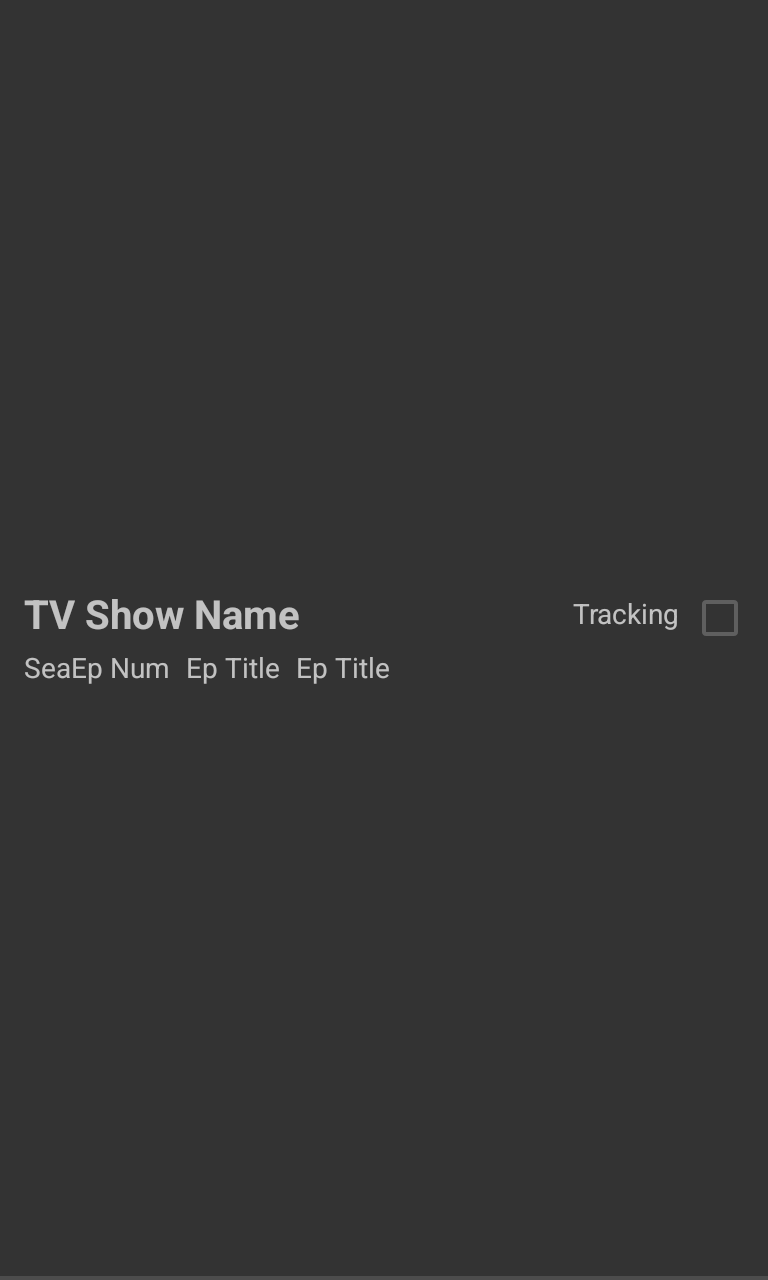
Repository: Jeedan/learning-android-apps
Layout: TvShowTracker/res/layout/list_item_tvshow.xml
These files come from the project's save history. The layout is drawn as it stood at one moment and after a run of saves; the edit follows.
It is drawn on a 768 x 1280 px phone screen (xhdpi) without system bars, with theme AppTheme; the app's code is not run. The app's manifest (not shown) leaves right-to-left support off. So textAlignment, textDirection and layoutDirection are ignored, and left and right values win over start and end ones.

Above is the layout before, as saved 2014-11-02 09:04:42.

After the next 3 saves:
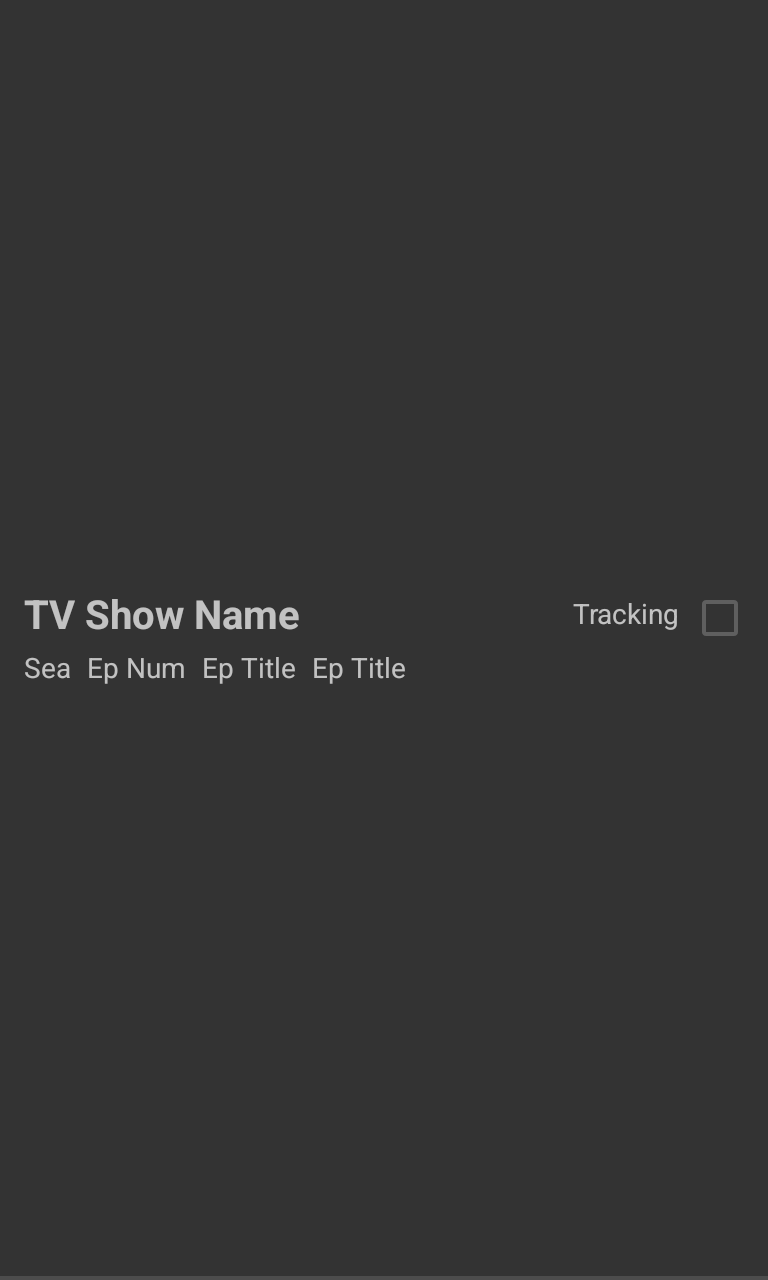
The 3 saves are shown as one change because they came seconds apart.
The last was saved 50 s later.
--- a/TvShowTracker/res/layout/list_item_tvshow.xml
+++ b/TvShowTracker/res/layout/list_item_tvshow.xml
@@ -42,6 +42,7 @@
         android:layout_height="wrap_content"
         android:layout_below="@id/tv_show_name_text_view"
         android:paddingLeft="4dp"
+        android:paddingRight="4dp"
         android:paddingTop="4dp"
         android:text="@string/tv_show_season" />
 
@@ -52,6 +53,7 @@
         android:layout_below="@id/tv_show_name_text_view"
         android:layout_toEndOf="@id/tv_show_season_text_view"
         android:layout_toRightOf="@id/tv_show_season_text_view"
+        android:paddingLeft="4dp"
         android:paddingRight="4dp"
         android:paddingTop="4dp"
         android:text="@string/tv_show_episode_number" />
